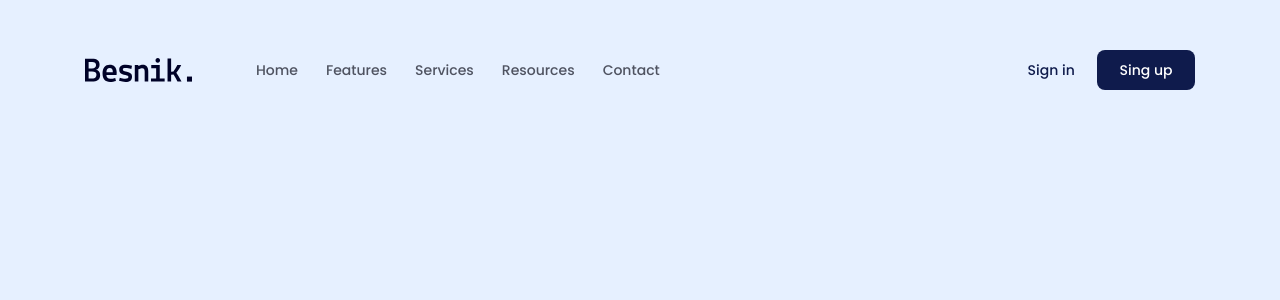
Repository: anhtien111198/f8-htmlcss-01
Page: index.html
An editor plug-in stored every save of this project. The page is shown before and after the next save, followed by the edit.
The browser window is 1280 px wide. The pictures show the whole page.

Above is the page before, as saved 2023-04-29 15:06:11.

After the next save:
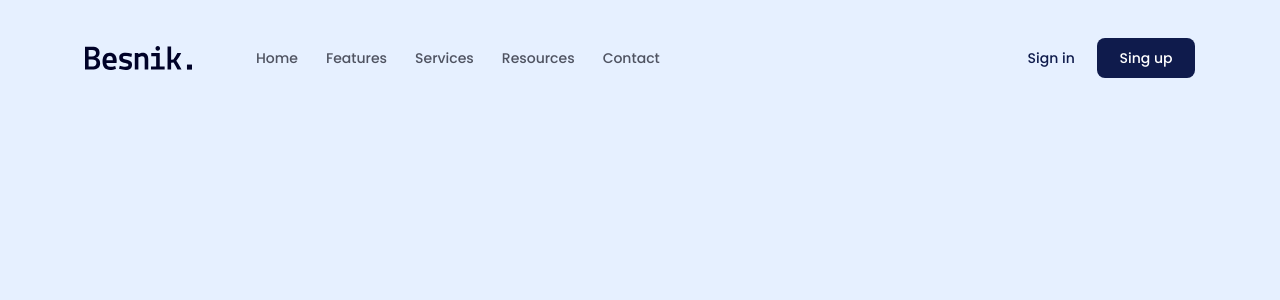
Saved 5 min 0 s later.
--- a/assets/css/styles.css
+++ b/assets/css/styles.css
@@ -1,5 +1,8 @@
 * {
     box-sizing: border-box;
+}
+:root {
+    --primary-color: #0f1b4c;
 }
 html {
     font-size: 62.5%;
@@ -22,7 +25,7 @@
     display: inline-block;
     min-width: 98px;
     padding: 18px 16px;
-    background: #0f1b4c;
+    background: var(--primary-color);
     border-radius: 8px;
     font-weight: 500;
     font-size: 1.4rem;
@@ -40,7 +43,7 @@
 .navbar {
     display: flex;
     align-items: center;
-    padding-top: 50px;
+    padding-top: 38px;
 }
 .navbar ul {
     display: flex;
@@ -62,7 +65,7 @@
 .navbar .action-link {
     font-weight: 500;
     font-size: 1.4rem;
-    color: #0f1b4c;
+    color: var(--primary-color);
 }
 .navbar .action-btn {
     padding: 13px 16px;
